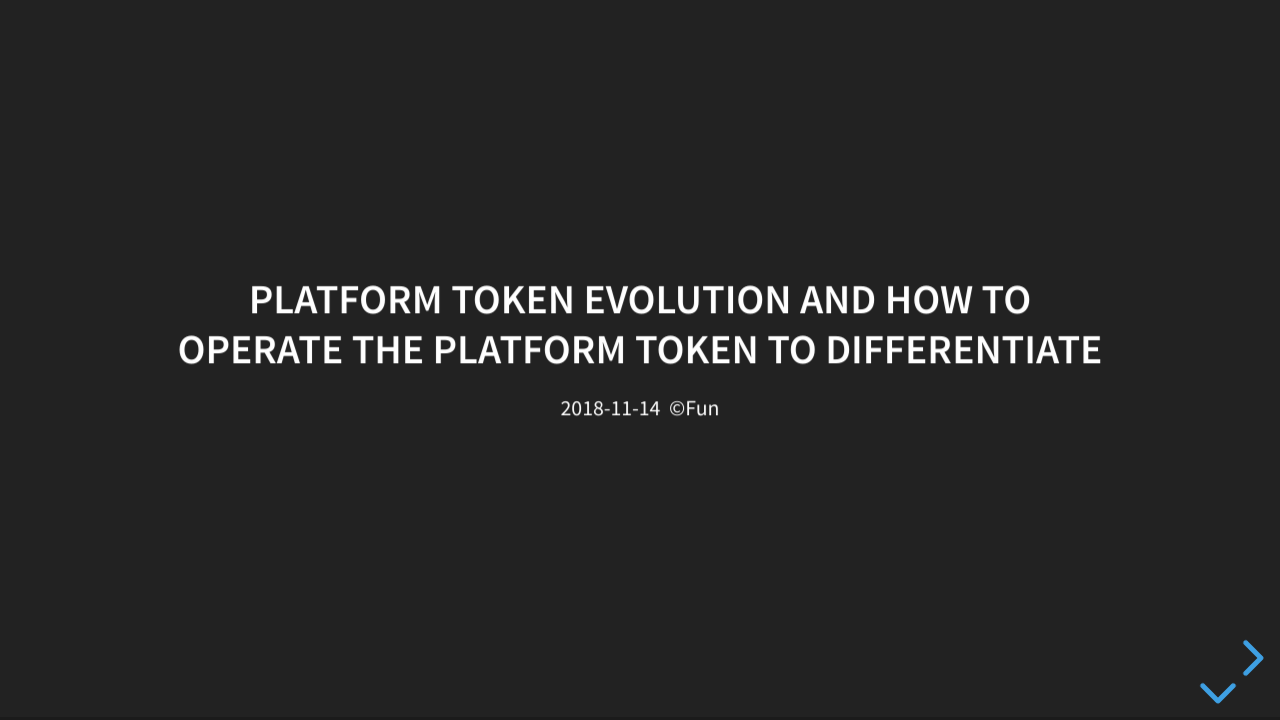
Repository: RickFang666/reveal-ppt
Page: index.html
The author's editor kept a copy of each file at every save. The page is drawn from the files as they stood at one save, then again after the next save.
The browser window is 1280 px wide. The pictures show the whole page.

Above is the page before, as saved 2018-11-13 10:36:49.

### index.html
<!DOCTYPE html>
<html>
  <head>
    <meta charset="utf-8" />
    <meta
      name="viewport"
      content="width=device-width, initial-scale=1.0, maximum-scale=1.0, user-scalable=no"
    />

    <title>reveal.js</title>

    <link rel="stylesheet" href="css/reveal.css" />
    <link rel="stylesheet" href="css/theme/black.css" />

    <!-- Theme used for syntax highlighting of code -->
    <link rel="stylesheet" href="lib/css/zenburn.css" />
    <link rel="stylesheet" href="css/print/paper.css" />
    <link rel="stylesheet" href="css/custom.css" />
    <!-- Printing and PDF exports -->
    <!--
      <script>
      	var link = document.createElement('link');
      	link.rel = 'stylesheet';
      	link.type = 'text/css';
      	link.href = window.location.search.match(/print-pdf/gi) ? 'css/print/pdf.css' : 'css/print/paper.css';
      	document.getElementsByTagName('head')[0].appendChild(link);
      </script>
    -->
  </head>

  <body>
    <div class="reveal">
      <div class="slides">
        <section>
          <section>
            <h6>
              Platform Token evolution and how to operate the Platform Token to
              differentiate
            </h6>
            <p class="fs-22">2018-11-14&nbsp;&nbsp;©Fun</p>
          </section>
          <section><h4>进步始于交流，收获源于分享</h4></section>
          <!--
            <section>
            	<h4>主题：WEB技术分享与交流</h4>
            	<h4>时间：周五16：00 - 17：00</h4>
            </section>
            <section>
            	<h4 class='ta-l'>会议章程</h4>
            	<ol>
            		<li>主讲人分享技术心得等，30分钟左右</li>
            		<li>组员依次提出本周遇到的技术问题，20分钟左右</li>
            		<li>暂定为自由讨论，10分钟左右</li>
            	</ol>
            </section>
          -->
        </section>
        <section>进入主题</section>
        <section data-markdown>
          <script type="text/template">
            <p class='ta-c'>浅谈React16新特性</p>
            * error boundaries
            * portals
            * render方法新增返回类型
            * 支持自定义DOM属性
            * 更好的服务器端渲染
            * 新的打包策略
            <!-- * MIT许可和新的核心架构 -->
          </script>
        </section>
        <section>
          <section data-markdown class="ta-l">
            <script type="text/template">
              <p class='ta-c'>Better Error Handling</p>
              &emsp;&emsp;之前，组件渲染过程中的运行时错误可能会使应用处于故障状态，产生隐蔽的错误消息并需要刷新页面才能恢复。为了解决这个问题，React16 使用更灵活的错误处理策略。默认情况下，如果在组件的渲染或生命周期方法中引发错误，将会从根节点卸载整个组件树。这可以防止显示损坏的数据，但是，这可能不是理想的用户体验。
            </script>
          </section>
          <section data-markdown class="ta-l">
            <script type="text/template">
              部分UI中的JavaScript错误不应该破坏整个应用程序。为了解决这个问题，React16 引入了error boundaries，中文译为"错误边界"的新概念。
            </script>
          </section>
          <section data-markdown class="ta-l">
            <script type="text/template">
              错误边界是一种特殊的React组件，可以在其子组件树中的任何位置捕获JavaScript错误，记录这些错误并显示回退UI，而不是崩溃的组件树。
            </script>
          </section>
          <section data-markdown class="ta-l">
            <script type="text/template">
              <p>React16 新增生命周期：`componentDidCatch`</p>
              如果一个类组件定义了该生命周期方法，它将成为一个错误边界。
            </script>
          </section>
          <section data-markdown class="ta-l">
            <script type="text/template">
              ```
              // 最佳实践
              class ErrorBoundary extends React.Component {
              	state = {
              	  hasError: false
              	};
              	componentDidCatch(error, info) {
              	  this.setState({ hasError: true });
              	}
              	render() {
              	  if (this.state.hasError) {
              		return <h1>Something went wrong.</h1>;
              	  }
              	  return this.props.children;
              	}
              }
              ```
            </script>
          </section>
          <section data-markdown class="ta-l">
            <script type="text/template">
              ```
              // 作为常规组件使用
              <ErrorBoundary>
              	<App />
              </ErrorBoundary>
              ```
            </script>
          </section>
          <section data-markdown class="ta-l">
            <script type="text/template">
              <p class='ta-c'>Portals</p>
              <p>&emsp;&emsp;Portals，中文可以理解为"传送门"，提供了一种一流的方法来将子组件渲染到父组件的 DOM 结构之外的DOM节点中。默认情况下，React组件树和DOM树是完全对应的，对于一些 Modal , Overlay 之类的组件实现，通常是将它们放在顶层，但逻辑上它们可能只是属于某个子组件，这不利于组件的结构组织。</p>
            </script>
          </section>
          <section data-markdown class="ta-l">
            <script type="text/template">
              ```
              ReactDOM.createPortal(child, container)
              ```
            </script>
          </section>
          <section data-markdown class="ta-l">
            <script type="text/template">
              通过使用 `React.createPortal` ，我们可以将组件渲染到我们想要的任意DOM节点中，但它依然存在于React树中。因此，该组件的行为与其它普通组件相似，在portal内部触发的事件也将传播到父组件。对于组件划分来说，这是一个很棒的特性。
            </script>
          </section>
          <section data-markdown class="ta-l">
            <script type="text/template">
              <p class='ta-c'>New render return types</p>
              React16 添加了新的返回类型：fragments and strings
            </script>
          </section>
          <section data-markdown class="ta-l">
            <script type="text/template">
              * fragments
              <br/>
              React16 支持在组件的render方法中返回一组元素。与其它数组一样，需要为每个元素添加一个唯一的key值以避免警告：
              ```
              render() {
              	// No need to wrap list items in an extra element!
              	return [
              	  // Don't forget the keys
              	  <li key="A">First item</li>,
              	  <li key="B">Second item</li>,
              	  <li key="C">Third item</li>,
              	];
              }
              ```
            </script>
          </section>
          <section data-markdown class="ta-l">
            <script type="text/template">
              从React16.2.0 开始，进一步提高对 JSX特殊片段语法的支持。
              ```
              render() {
              	return (
              	  <>
              		<ChildA />
              		<ChildB />
              		<ChildC />
              	  </>
              	);
              }
              ```
            </script>
          </section>
          <section data-markdown class="ta-l">
            <script type="text/template">
              * string
              <br/>
              React16 支持在组件的render方法中返回字符串：
              ```
              render() {
              	return 'Look ma, no spans!';
              }
              ```
            </script>
          </section>
          <section data-markdown class="ta-l">
            <script type="text/template">
              <p class='ta-l'>所有支持的完整返回类型列表：</p>

              * react elements (jsx)
              * string
              * numbers
              * booleans
              * null
              * fragments
              * portals
            </script>
          </section>
          <section data-markdown class="ta-l">
            <script type="text/template">
              <p class='ta-c'>Support for custom DOM attributes</p>
              &emsp;&emsp;在之前的版本中，React会忽略无法识别的HTML和SVG属性，如果您使用React无法识别的属性编写JSX，则React将跳过它。
            </script>
          </section>
          <section data-markdown class="ta-l">
            <script type="text/template">
              ```
              // Your code:
              <div mycustomattribute="something" />
              ```
              ```
              // React 15 output:
              <div />
              ```
              ```
              // React 16 output:
              <div mycustomattribute="something" />
              ```
            </script>
          </section>
          <section data-markdown class="ta-l">
            <script type="text/template">
              现在，React16 不再忽略无法识别的HTML和SVG属性，而将它们直接传递给DOM。这个改动让React去掉了大部分的属性白名单，从而减小了文件大小。
            </script>
          </section>
          <!--
            <section data-markdown class='ta-l'>
            	<script type='text/template'>
            		<p>注意，您仍然应该使用规范的React命名来获取已知属性。</p>
            	</script>
            </section>
          -->
          <section data-markdown class="ta-l">
            <script type="text/template">
              <p class='ta-c'>Better server-side rendering</p>
              &emsp;&emsp;React16 包含一个完全重写的SSR。新的实现非常快，接近3倍性能于React15 ，现在提供一种流模式streaming，可以更快地把渲染的字节发送到客户端。
            </script>
          </section>
          <section data-markdown class="ta-l">
            <script type="text/template">
              另外，React16 在hydrating ( 注：指客户端基于服务器返回的HTML再次重新渲染）方面表现的更好，它不再要求初始渲染与服务器的结果完全匹配。相反，它会尝试尽可能多地重用现有的DOM。没有更多的校验和！一般来说，不建议在服务器和客户端渲染不同的内容，但在某些情况下（如时间戳）可能会有用。
            </script>
          </section>
          <section data-markdown class="ta-l">
            <script type="text/template">
              <p class='ta-c'>Reduced file size</p>
              &emsp;&emsp;React16 的体积比上个版本减小了32%
              * react is 5.3 kb (2.2 kb gzipped), down from 20.7 kb (6.9 kb gzipped).
              * react-dom is 103.7 kb (32.6 kb gzipped), down from 141 kb (42.9 kb gzipped).
              * react + react-dom is 109 kb (34.8 kb gzipped), down from 161.7 kb (49.8 kb gzipped).
            </script>
          </section>
          <section data-markdown class="ta-l">
            <script type="text/template">
              React体积的减小由于使用了新的打包策略，现在去掉了process.env检查，并且使用Rollup作为打包工具。
            </script>
          </section>
          <!--
            <section data-markdown>
            	<script type='text/template'>
            		<p class='ta-c'>Fiber</p>
            		<p class='ta-l'>&emsp;&emsp;React 16采用了新的核心架构 " Fiber " ,Facebook官方声称：Fiber是对核心算法的一次重新实现，我们改写了React。</p>
            	</script>
            </section>
          -->
        </section>
        <section>
          <section data-markdown>
            <script type="text/template">
              <p class='ta-c'>扩展</p>
              * 组件生命周期变更
              * createRef API
              * forwardRef API
              * Official Context API
              * StrictMode Component
            </script>
          </section>
        </section>
        <section>
          <section data-markdown>
            <script type="text/template">
              <p class='ta-c'>组件生命周期变更</p>
              <p class='ta-c'>未来的React版本将启用异步渲染更新</p>
            </script>
          </section>
          <section data-markdown>
            <script type="text/template">
              <p class='ta-l'>* 16.3：添加3个UNSAFE前缀的生命周期</p>
              ```
              UNSAFE_componentWillMount(){}

              UNSAFE_componentWillReceiveProps(nextProps){}

              UNSAFE_componentWillUpdate(nextProps,nextState){}
              ```
            </script>
          </section>
          <section data-markdown>
            <script type="text/template">
              <p class='ta-l'>* 未来的16.x版本：将对以下生命周期启用弃用警告</p>
              ```
              componentWillMount(){}

              componentWillReceiveProps(nextProps){}

              componentWillUpdate(nextProps,nextState){}
              ```
            </script>
          </section>
          <section data-markdown>
            <script type="text/template">
              <p class='ta-l'>* 17.0：删除以下生命周期</p>
              ```
              componentWillMount(){}

              componentWillReceiveProps(nextProps){}

              componentWillUpdate(nextProps,nextState){}
              ```
            </script>
          </section>
          <section data-markdown>
            <script type="text/template">
              * 新增生命周期：static getDerivedStateFromProps
              ```
              class Example extends React.Component {
              	static getDerivedStateFromProps(nextProps, prevState) {
              	  // ...
              	}
              }
              ```
            </script>
          </section>
          <section data-markdown>
            <script type="text/template">
              <p class='ta-l'>&emsp;&emsp;The new static getDerivedStateFromProps lifecycle is invoked after a component is instantiated as well as when it receives new props. It can return an object to update state, or null to indicate that the new props do not require any state updates.</p>
            </script>
          </section>
          <section data-markdown>
            <script type="text/template">
              <p class='ta-l'>&emsp;&emsp;Together with componentDidUpdate, this new lifecycle should cover all use cases for the legacy componentWillReceiveProps.</p>
            </script>
          </section>
          <section data-markdown>
            <script type="text/template">
              * 新增生命周期： getSnapshotBeforeUpdate
              ```
              class Example extends React.Component {
              	getSnapshotBeforeUpdate(prevProps, prevState) {
              	  // ...
              	}
              }
              ```
            </script>
          </section>
          <section data-markdown>
            <script type="text/template">
              <p class='ta-l'>&emsp;&emsp;The new getSnapshotBeforeUpdate lifecycle is called right before mutations are made (e.g. before the DOM is updated). The return value for this lifecycle will be passed as the third parameter to componentDidUpdate. (This lifecycle isn’t often needed, but can be useful in cases like manually preserving scroll position during rerenders.)</p>
            </script>
          </section>
          <section data-markdown>
            <script type="text/template">
              <p class='ta-l'>&emsp;&emsp;Together with componentDidUpdate, this new lifecycle should cover all use cases for the legacy componentWillUpdate.</p>
            </script>
          </section>
          <section data-markdown>
            <script type="text/template">
              <p class='ta-c'>createRef API</p>
              <p class='ta-l'>&emsp;&emsp;Previously, React provided two ways of managing refs: the legacy string ref API and the callback API. Although the string ref API was the more convenient of the two, it had several downsides and so our official recommendation was to use the callback form instead.</p>
            </script>
          </section>
          <section data-markdown>
            <script type="text/template">
              <p class='ta-l'>&emsp;&emsp;Version 16.3 adds a new option for managing refs that offers the convenience of a string ref without any of the downsides:</p>
            </script>
          </section>
          <section data-markdown>
            <script type="text/template">
              ```
              class MyComponent extends React.Component {
              	constructor(props) {
              	  super(props);

              	  this.inputRef = React.createRef();
              	}

              	render() {
              	  return <input type="text" ref={this.inputRef} />;
              	}

              	componentDidMount() {
              	  this.inputRef.current.focus();
              	}
              }
              ```
            </script>
          </section>
          <section data-markdown>
            <script type="text/template">
              <p class='ta-c'>forwardRef API</p>
              <p class='ta-l'>&emsp;&emsp;Generally, React components are declarative, but sometimes imperative access to the component instances and the underlying DOM nodes is necessary. This is common for use cases like managing focus, selection, or animations. React provides refs as a way to solve this problem. However, component encapsulation poses some challenges with refs.</p>
            </script>
          </section>
          <section data-markdown>
            <script type="text/template">
              <p class='ta-l'>&emsp;&emsp;For example, if you replace a `<button>` with a custom `<FancyButton>` component, the ref attribute on it will start pointing at the wrapper component instead of the DOM node (and would be null for functional components). While this is desirable for “application-level” components like FeedStory or Comment that need to be encapsulated, it can be annoying for “leaf” components such as FancyButton or MyTextInput that are typically used like their DOM counterparts, and might need to expose their DOM nodes.</p>
            </script>
          </section>
          <section data-markdown>
            <script type="text/template">
              <p class='ta-l'>&emsp;&emsp;Ref forwarding is a new opt-in feature that lets some components take a ref they receive, and pass it further down (in other words, “forward” it) to a child. In the example below, FancyButton forwards its ref to a DOM button that it renders:</p>
            </script>
          </section>
          <section data-markdown>
            <script type="text/template">
              ```
              const FancyButton = React.forwardRef((props, ref) => (
              	<button ref={ref} className="FancyButton">
              	  {props.children}
              	</button>
              ));

              // You can now get a ref directly to the DOM button:
              const ref = React.createRef();
              <FancyButton ref={ref}>Click me!</FancyButton>;
              ```
            </script>
          </section>
          <section data-markdown>
            <script type="text/template">
              <p class='ta-l'>&emsp;&emsp;This way, components using FancyButton can get a ref to the underlying button DOM node and access it if necessary—just like if they used a DOM button directly.Ref forwarding is not limited to “leaf” components that render DOM nodes. If you write higher order components, we recommend using ref forwarding to automatically pass the ref down to the wrapped class component instances.</p>
            </script>
          </section>
          <section data-markdown>
            <script type="text/template">
              <p class='ta-c'>Official Context API</p>
              <p class='ta-l'>&emsp;&emsp;For many years, React has offered an experimental API for context. Although it was a powerful tool, its use was discouraged because of inherent problems in the API, and because we always intended to replace the experimental API with a better one.</p>
            </script>
          </section>
          <section data-markdown>
            <script type="text/template">
              <p class='ta-l'>&emsp;&emsp;Version 16.3 introduces a new context API that is more efficient and supports both static type checking and deep updates.Here is an example illustrating how you might inject a “theme” using the new context API:</p>
            </script>
          </section>
          <section data-markdown>
            <script type="text/template">
              ```
              const ThemeContext = React.createContext('light');

              class ThemeProvider extends React.Component {
                state = { theme: 'light' };
                render() {
              	return (
              	  <ThemeContext.Provider value={this.state.theme}>
              		{this.props.children}
              	  </ThemeContext.Provider>
              	);
                }
              }

              class ThemedButton extends React.Component {
                render() {
              	return (
              	  <ThemeContext.Consumer>
              		{theme => <Button theme={theme} />}
              	  </ThemeContext.Consumer>
              	);
                }
              }
              ```
            </script>
          </section>
          <section data-markdown>
            <script type="text/template">
              <p class='ta-c'>StrictMode Component</p>
              <p class='ta-l'>&emsp;&emsp;StrictMode is a tool for highlighting potential problems in an application. Like Fragment, StrictMode does not render any visible UI. It activates additional checks and warnings for its descendants.</p>
            </script>
          </section>
          <section data-markdown>
            <script type="text/template">
              <p class='ta-l'>&emsp;&emsp;Although it is not possible for strict mode to catch all problems (e.g. certain types of mutation), it can help with many. If you see warnings in strict mode, those things will likely cause bugs for async rendering.</p>
            </script>
          </section>
          <section data-markdown>
            <script type="text/template">
              <p class='ta-l'>In version 16.3, StrictMode helps with:</p>
              * Identifying components with unsafe lifecycles
              * Warning about legacy string ref API usage
              * Detecting unexpected side effects
            </script>
          </section>
          <section data-markdown>
            <script type="text/template">
              <p class='ta-l'>StrictMode checks are run in development mode only; they do not impact the production build.</p>
            </script>
          </section>
        </section>
        <section><h2>Thank you !</h2></section>
      </div>
    </div>

    <script src="lib/js/head.min.js"></script>
    <script src="js/reveal.js"></script>

    <script>
      // More info about config & dependencies:
      // - https://github.com/hakimel/reveal.js#configuration
      // - https://github.com/hakimel/reveal.js#dependencies
      Reveal.initialize({
        dependencies: [
          { src: 'plugin/markdown/marked.js' },
          { src: 'plugin/markdown/markdown.js' },
          { src: 'plugin/notes/notes.js', async: true },
          {
            src: 'plugin/highlight/highlight.js',
            async: true,
            callback: function() {
              hljs.initHighlightingOnLoad()
            }
          }
        ]
      })
    </script>
  </body>
</html>

### css/custom.css
.fs-22{
    font-size:22px!important;
}

.ta-l{
    text-align: left;
}

.ta-c{
    text-align: center;
}

.fr{
    float: right;
}

Loaded but not shown: lib/css/zenburn.css (common file); lib/js/head.min.js (library); js/reveal.js (library); lib/font/source-sans-pro/source-sans-pro.css (common file); plugin/markdown/marked.js (library); plugin/markdown/markdown.js (library); plugin/notes/notes.js (library); plugin/highlight/highlight.js (library); lib/font/league-gothic/league-gothic.css (common file); css/reveal.css (1555 lines, source omitted); css/theme/black.css (264 lines, source omitted); css/theme/solarized.css (268 lines, source omitted); css/print/paper.css (203 lines, source omitted)

After the next save:
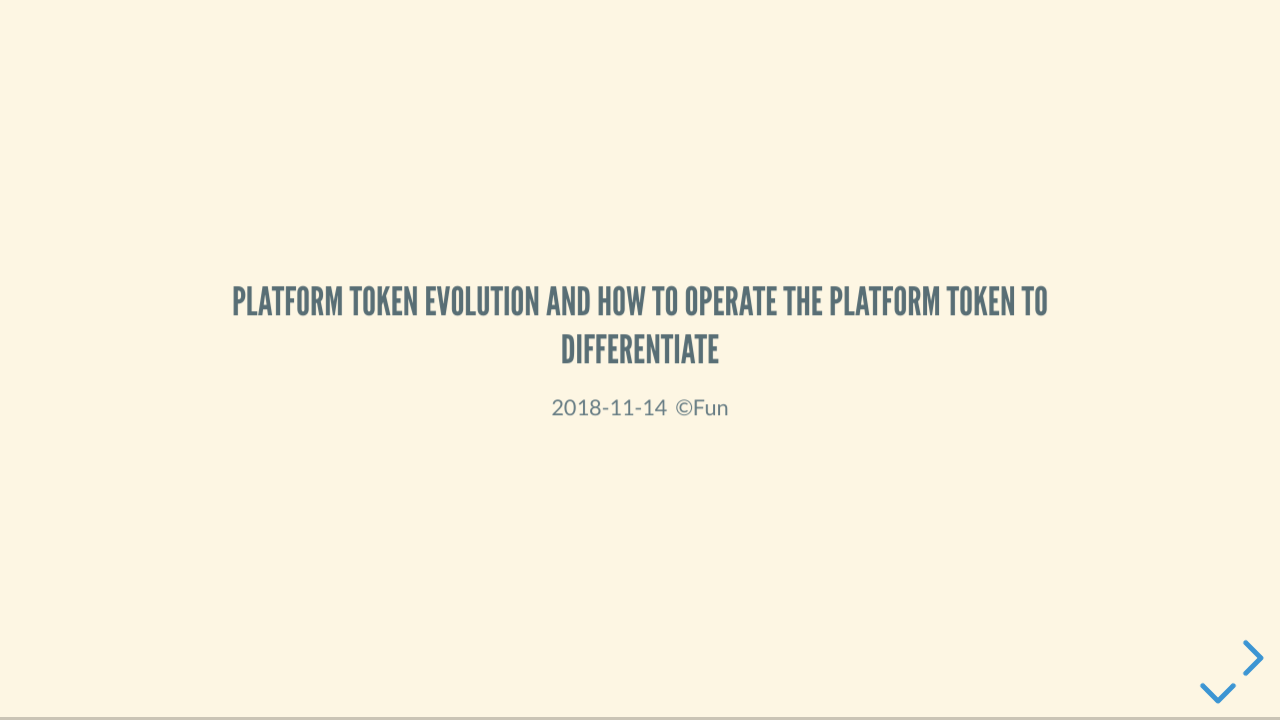
Saved 10 min 0 s later.
--- a/index.html
+++ b/index.html
@@ -10,7 +10,7 @@
     <title>reveal.js</title>
 
     <link rel="stylesheet" href="css/reveal.css" />
-    <link rel="stylesheet" href="css/theme/black.css" />
+    <link rel="stylesheet" href="css/theme/solarized.css" />
 
     <!-- Theme used for syntax highlighting of code -->
     <link rel="stylesheet" href="lib/css/zenburn.css" />
